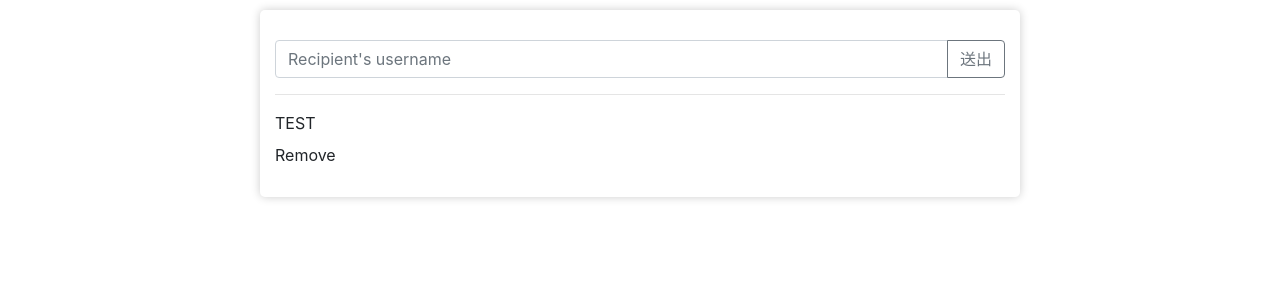
Repository: iian0910/vue3_todoList
Page: /
The author's editor kept a copy of each file at every save. The page is drawn from the files as they stood at one save, then again after the next save.
The browser window is 1280 px wide. The pictures show the whole page.
The project was rebuilt for these pictures with package versions that can differ from the ones it lists, and the page was loaded fresh each time.

Above is the page before, as saved 2021-02-23 16:07:25.

### src/App.vue
<template>
  <TodoList/>
</template>

<script lang="ts">
import { defineComponent } from 'vue'
import TodoList from './components/TodoList.vue'

export default defineComponent({
  name: 'App',
  components: {
    TodoList
  }
})
</script>

<style lang="scss">
@import './assets/scss/all';
</style>

### src/assets/scss/all.scss
@import '~bootstrap/scss/bootstrap.scss';
@import './helpers/variables';

### src/components/TodoList.vue
<template>
  <div class="container">
    <div class="row">
      <div class="col-8 offset-2 content">
        <!-- input 輸入框 -->
        <div class="input-group mb-3">
          <input
            type="text"
            class="form-control"
            placeholder="Recipient's username"
            v-model="newTodo">
          <div class="input-group-append">
            <button
              class="btn btn-outline-secondary"
              type="button"
              @click="addTodo">送出</button>
          </div>
        </div>
        <!---->
        <hr>
        <!-- List 展示 -->
        <ul class="list">
          <li class="list-item" v-for="(todo, index) in todoList" :key="index">
            <label class="list-item-title">{{todo.title}}</label>
            <div class="remove-list">Remove</div>
          </li>
        </ul>
        <!---->
      </div>
    </div>
  </div>
</template>
<script lang="ts">
import { defineComponent, reactive, ref } from 'vue'

interface Todo {
  // eslint-disable-next-line @typescript-eslint/member-delimiter-style
  id: string
  // eslint-disable-next-line @typescript-eslint/member-delimiter-style
  title: string
}

export default defineComponent({
  name: 'TodoList',
  setup () {
    // ref:
    // 可以接受「任何型態」的資料
    // 但是不會對「物件」或「陣列」內部的屬性變動做監聽

    // reactive
    // 「只接受」物件或陣列，可以做深層的監聽
    // 以及取得資料不需要 「.value」
    const newTodo = ref('')
    const todoList = reactive([{
      id: '001',
      title: 'TEST'
    }])

    // methods
    function addTodo () {
      if (newTodo.value) {
        todoList.push({
          id: Math.floor(Date.now()).toString(),
          title: newTodo.value
        })
        newTodo.value = ''
      }
    }

    // return
    return {
      todoList,
      newTodo,
      addTodo
    }
  }
})
</script>

<style lang="scss">
.content{
  padding: 30px;
  margin: 10px auto;
  border-radius: 5px;
  box-shadow: 0px 0px 10px 0px rgba(0, 0, 0, 0.2);
}
.list{
  padding: 0;
  margin: 0;
  list-style: none;
}
</style>

Loaded but not shown: public/index.html (common file); src/main.ts (common file); src/assets/scss/helpers/_variables.scss (1146 lines, source omitted)

After the next save:
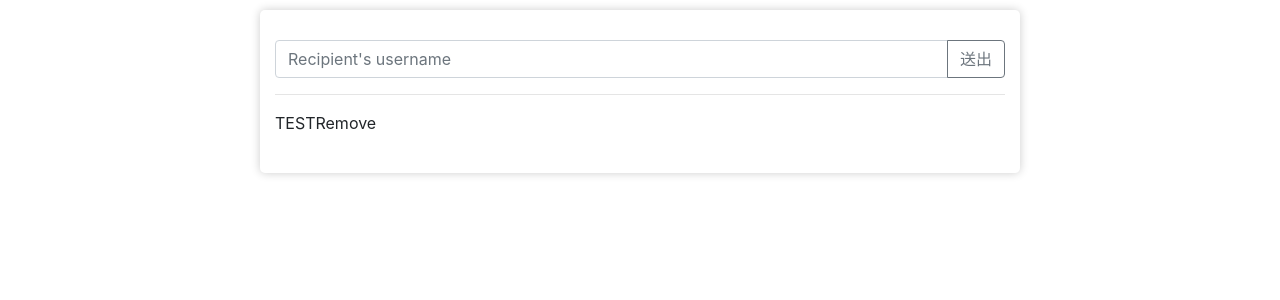
Saved 28 s later.
--- a/src/components/TodoList.vue
+++ b/src/components/TodoList.vue
@@ -20,7 +20,7 @@
         <hr>
         <!-- List 展示 -->
         <ul class="list">
-          <li class="list-item" v-for="(todo, index) in todoList" :key="index">
+          <li class="list-item d-flex" v-for="(todo, index) in todoList" :key="index">
             <label class="list-item-title">{{todo.title}}</label>
             <div class="remove-list">Remove</div>
           </li>
